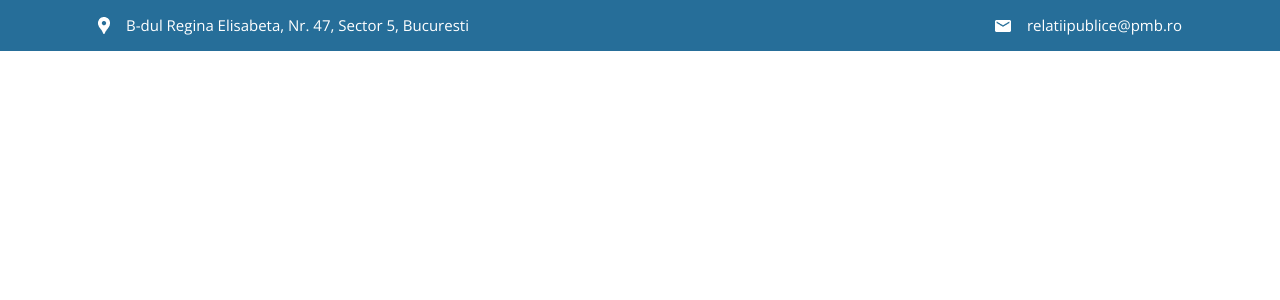
Repository: cosmin05072018/webis-task
Page: index.html
The author's editor kept a copy of each file at every save. The page is drawn from the files as they stood at one save, then again after the next save.
The browser window is 1280 px wide. The pictures show the whole page.

Above is the page before, as saved 2024-09-29 11:15:30.

After the next save:
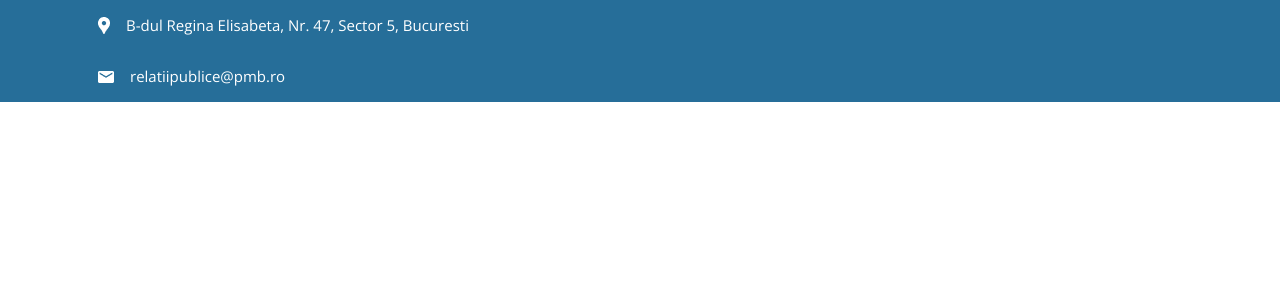
Saved 10 s later.
--- a/index.html
+++ b/index.html
@@ -11,17 +11,19 @@
   <div class="container-fluid p-0">
     <div class="container header-top">
       <div class="row">
-        <div class="col-12">
-          <div class="p-3 d-flex justify-content-between align-items-center gap-5">
-            <!-- Adresa -->
-            <div class="d-flex align-items-center gap-3">
-              <img class="location" src="./assets/images/location.png" alt="location">
-              <p class="text-white m-0">B-dul Regina Elisabeta, Nr. 47, Sector 5, Bucuresti</p>
+        <div class="col-12 col-md-6">
+          <div class="row">
+            <div class="col-12 col-sm-12">
+              <div class="p-3 d-flex align-items-center gap-3">
+                <img class="location" src="./assets/images/location.png" alt="location">
+                <p class="text-white m-0">B-dul Regina Elisabeta, Nr. 47, Sector 5, Bucuresti</p>
+              </div>
             </div>
-            <!-- Email -->
-            <div class="d-flex align-items-center gap-3">
-              <img class="mail" src="./assets/images/mail.png" alt="mail">
-              <p class="text-white m-0">relatiipublice@pmb.ro</p>
+            <div class="col-12 col-sm-12">
+              <div class="p-3 d-flex align-items-center gap-3">
+                <img class="mail" src="./assets/images/mail.png" alt="location">
+                <p class="text-white m-0">relatiipublice@pmb.ro</p>
+              </div>
             </div>
           </div>
         </div>
@@ -29,8 +31,6 @@
     </div>
   </div>
 
-
-
   <script src="https://cdn.jsdelivr.net/npm/bootstrap@5.3.3/dist/js/bootstrap.bundle.min.js" integrity="sha384-YvpcrYf0tY3lHB60NNkmXc5s9fDVZLESaAA55NDzOxhy9GkcIdslK1eN7N6jIeHz" crossorigin="anonymous"></script>
 </body>
 </html>

After the 2 saves that followed:
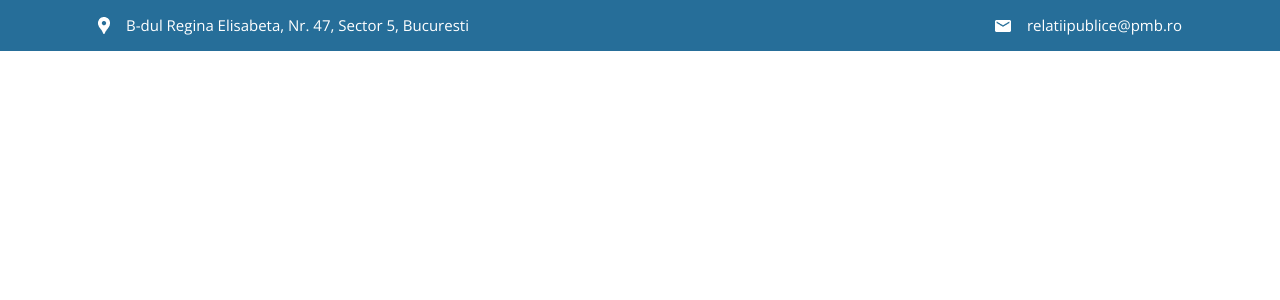
The 2 saves are shown as one change because 1 left the picture as it was.
The last was saved 83 s later.
--- a/index.html
+++ b/index.html
@@ -11,19 +11,17 @@
   <div class="container-fluid p-0">
     <div class="container header-top">
       <div class="row">
-        <div class="col-12 col-md-6">
-          <div class="row">
-            <div class="col-12 col-sm-12">
-              <div class="p-3 d-flex align-items-center gap-3">
-                <img class="location" src="./assets/images/location.png" alt="location">
-                <p class="text-white m-0">B-dul Regina Elisabeta, Nr. 47, Sector 5, Bucuresti</p>
-              </div>
+        <div class="col-12">
+          <div class="p-3 d-flex justify-content-between align-items-center gap-5">
+            <!-- Adresa -->
+            <div class="d-flex align-items-center gap-3">
+              <img class="location" src="./assets/images/location.png" alt="location">
+              <p class="text-white m-0">B-dul Regina Elisabeta, Nr. 47, Sector 5, Bucuresti</p>
             </div>
-            <div class="col-12 col-sm-12">
-              <div class="p-3 d-flex align-items-center gap-3">
-                <img class="mail" src="./assets/images/mail.png" alt="location">
-                <p class="text-white m-0">relatiipublice@pmb.ro</p>
-              </div>
+            <!-- Email -->
+            <div class="d-flex align-items-center gap-3">
+              <img class="mail" src="./assets/images/mail.png" alt="mail">
+              <p class="text-white m-0">relatiipublice@pmb.ro</p>
             </div>
           </div>
         </div>
@@ -31,6 +29,7 @@
     </div>
   </div>
 
+
   <script src="https://cdn.jsdelivr.net/npm/bootstrap@5.3.3/dist/js/bootstrap.bundle.min.js" integrity="sha384-YvpcrYf0tY3lHB60NNkmXc5s9fDVZLESaAA55NDzOxhy9GkcIdslK1eN7N6jIeHz" crossorigin="anonymous"></script>
 </body>
 </html>
